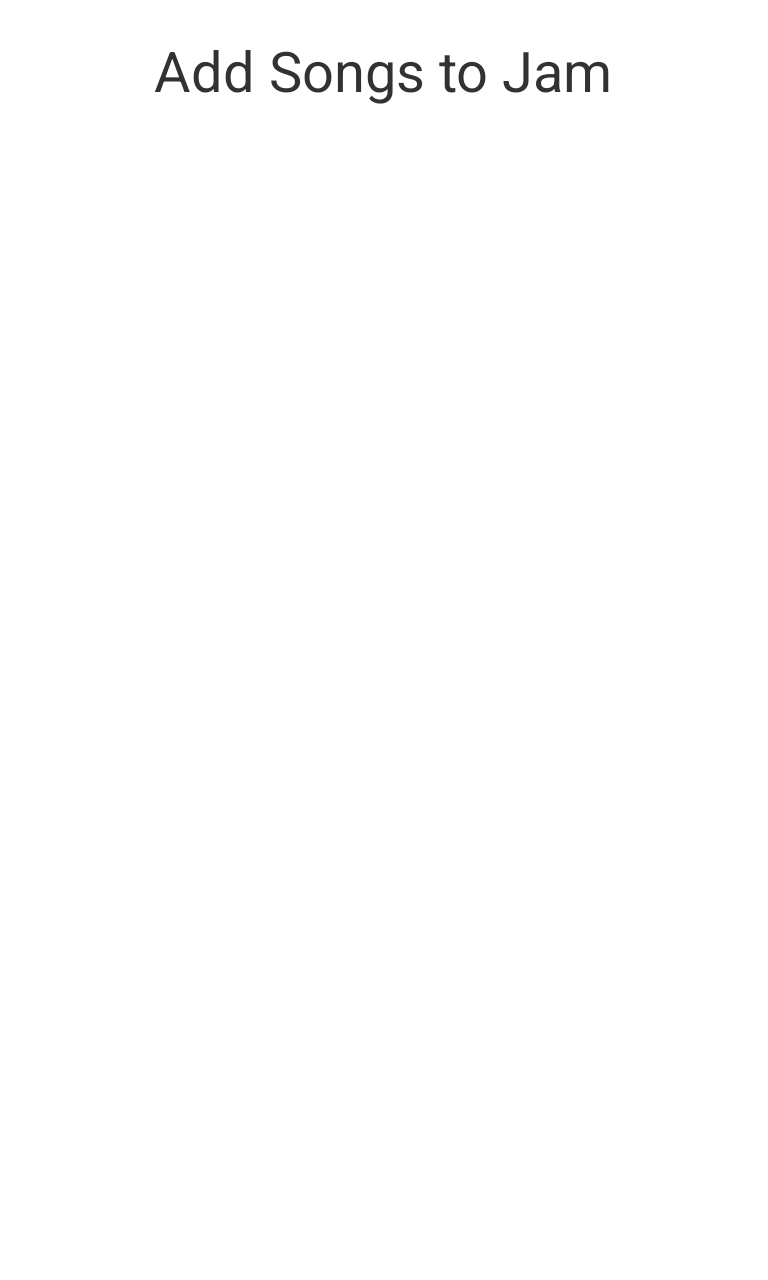
Repository: JayThomason/Tutti
Layout: tuttiUI/tuttiUI/res/layout/activity_view_jam.xml
An editor plug-in stored every save of this project. The layout is shown before and after the next save, followed by the edit.
It is drawn on a 768 x 1280 px phone screen (xhdpi) without system bars, with theme AppTheme; the app's code is not run. Lists and similar views that code fills are empty.

Above is the layout before, as saved 2014-03-09 08:03:47.

### tuttiUI/tuttiUI/res/layout/activity_view_jam.xml
<RelativeLayout xmlns:android="http://schemas.android.com/apk/res/android"
    xmlns:tools="http://schemas.android.com/tools"
    android:layout_width="match_parent"
    android:layout_height="match_parent"
    android:paddingBottom="@dimen/activity_vertical_margin"
    android:paddingLeft="@dimen/activity_horizontal_margin"
    android:paddingRight="@dimen/activity_horizontal_margin"
    android:paddingTop="@dimen/activity_vertical_margin"
    tools:context=".ViewJamActivity" >

    <TextView
        android:id="@+id/textView3"
        android:layout_width="wrap_content"
        android:layout_height="wrap_content"
        android:layout_centerHorizontal="true"
        android:text="@string/add_to_jam"
        android:textSize="28sp" />

    <ListView
        android:id="@+id/listView3"
        android:layout_width="match_parent"
        android:layout_height="wrap_content"
        android:layout_centerHorizontal="true"
        android:layout_centerVertical="true"
        android:layout_below="@+id/textView3" >
    </ListView>

</RelativeLayout>

### tuttiUI/tuttiUI/res/values/strings.xml
<?xml version="1.0" encoding="utf-8"?>
<resources>

    <string name="app_name">tuttiUI</string>
    <string name="action_settings">Settings</string>
    <string name="hello_world">Hello world!</string>
    <string name="tuttilogo">Tutti Logo</string>
    <string name="new_jam">New Jam</string>
    <string name="join_jam">Join Jam</string>
    <string name="settings">Settings</string>
    <string name="help">Help</string>
    <string name="tutti_logo">Tutti Logo</string>
    <string name="title_activity_new_jam">NewJamActivity</string>
    <string name="title_activity_join_jam">JoinJamActivity</string>
    <string name="nearby_jams">Nearby Jams</string>
    <string name="add_to_jam">Add Songs to Jam</string>
    <string name="title_activity_view_jam">ViewJamActivity</string>
    <string name="audrey_jam">Audrey\'s Galaxy Note Jam</string>

</resources>

Loaded but not shown: tuttiUI/tuttiUI/res/values/styles.xml (common file); tuttiUI/tuttiUI/res/values-v11/styles.xml (common file); tuttiUI/tuttiUI/res/values-v14/styles.xml (common file); tuttiUI/tuttiUI/res/values/dimens.xml (common file)

After the next save:
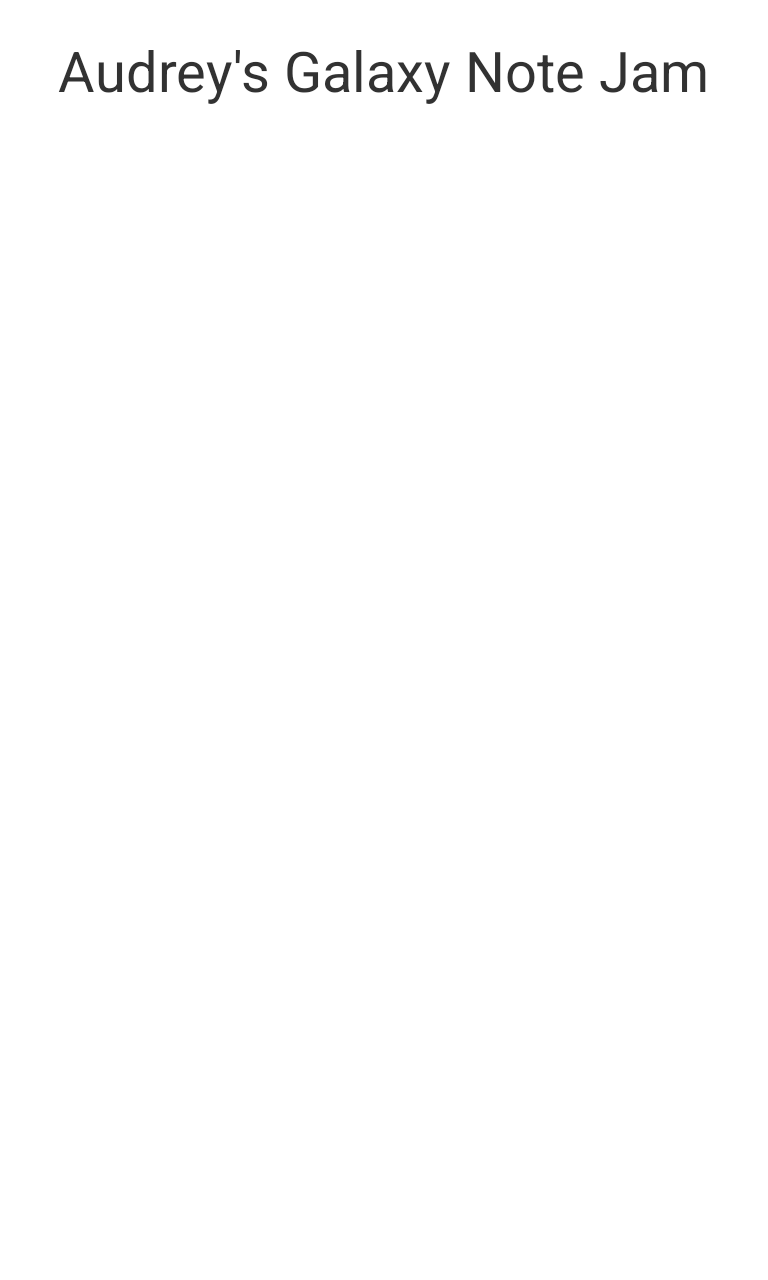
Saved 9 s later.
--- a/tuttiUI/tuttiUI/res/layout/activity_view_jam.xml
+++ b/tuttiUI/tuttiUI/res/layout/activity_view_jam.xml
@@ -13,7 +13,7 @@
         android:layout_width="wrap_content"
         android:layout_height="wrap_content"
         android:layout_centerHorizontal="true"
-        android:text="@string/add_to_jam"
+        android:text="@string/audrey_jam"
         android:textSize="28sp" />
 
     <ListView
